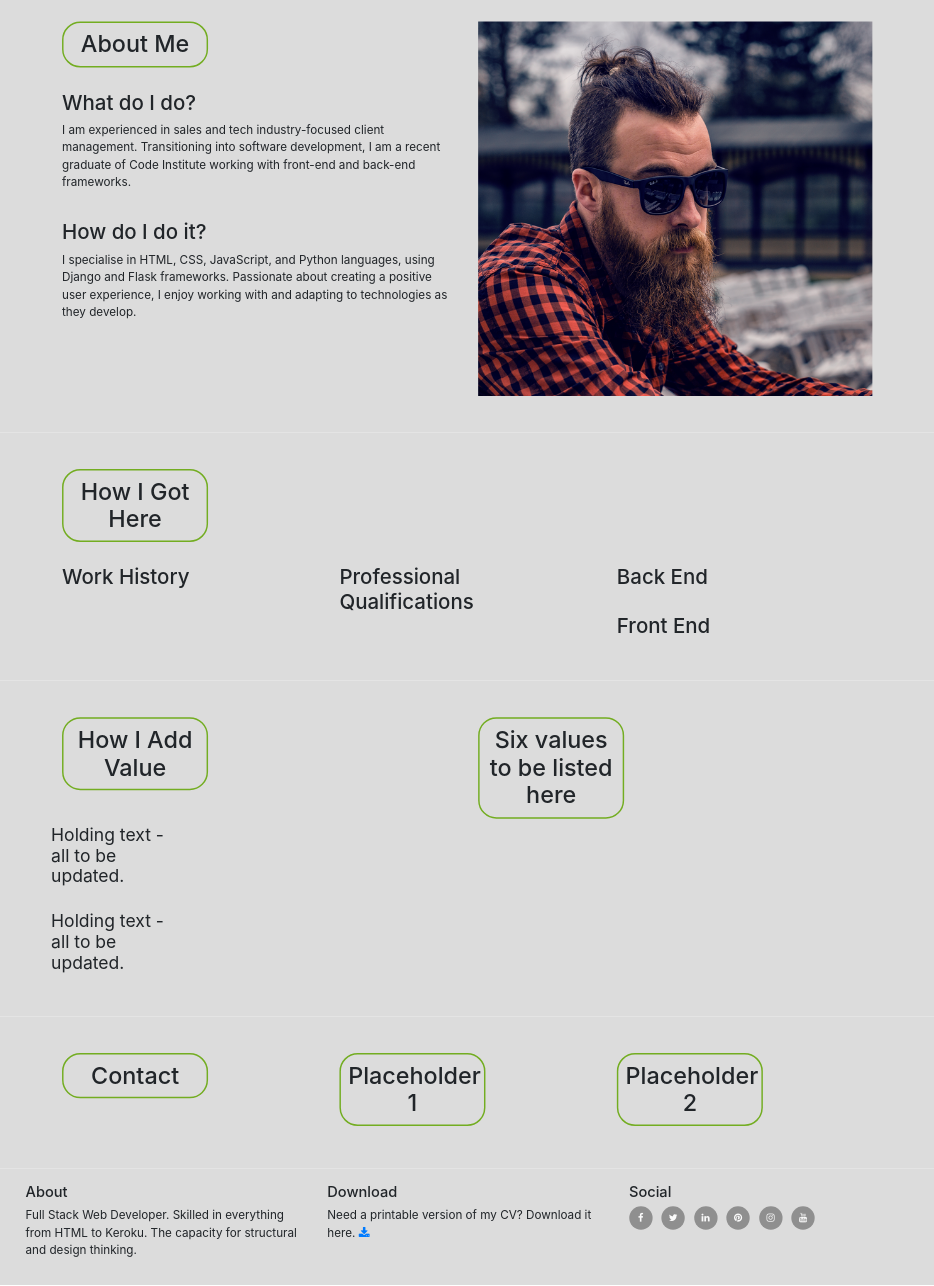
Repository: tenerim/first-milestone
Page: index.html
The author's editor kept a record of every edit. The page is drawn from the files as they stood at one moment, then again after the next edit.
The browser window is 1280 px wide. The pictures show the part of the page from y = 1257 to 3018 px (the page is 3018 px tall), at 73% of full size.
A picture or video elsewhere on the page could not be fetched, so the positions and the page height are approximate.

Above is the page before.

After the next edit:
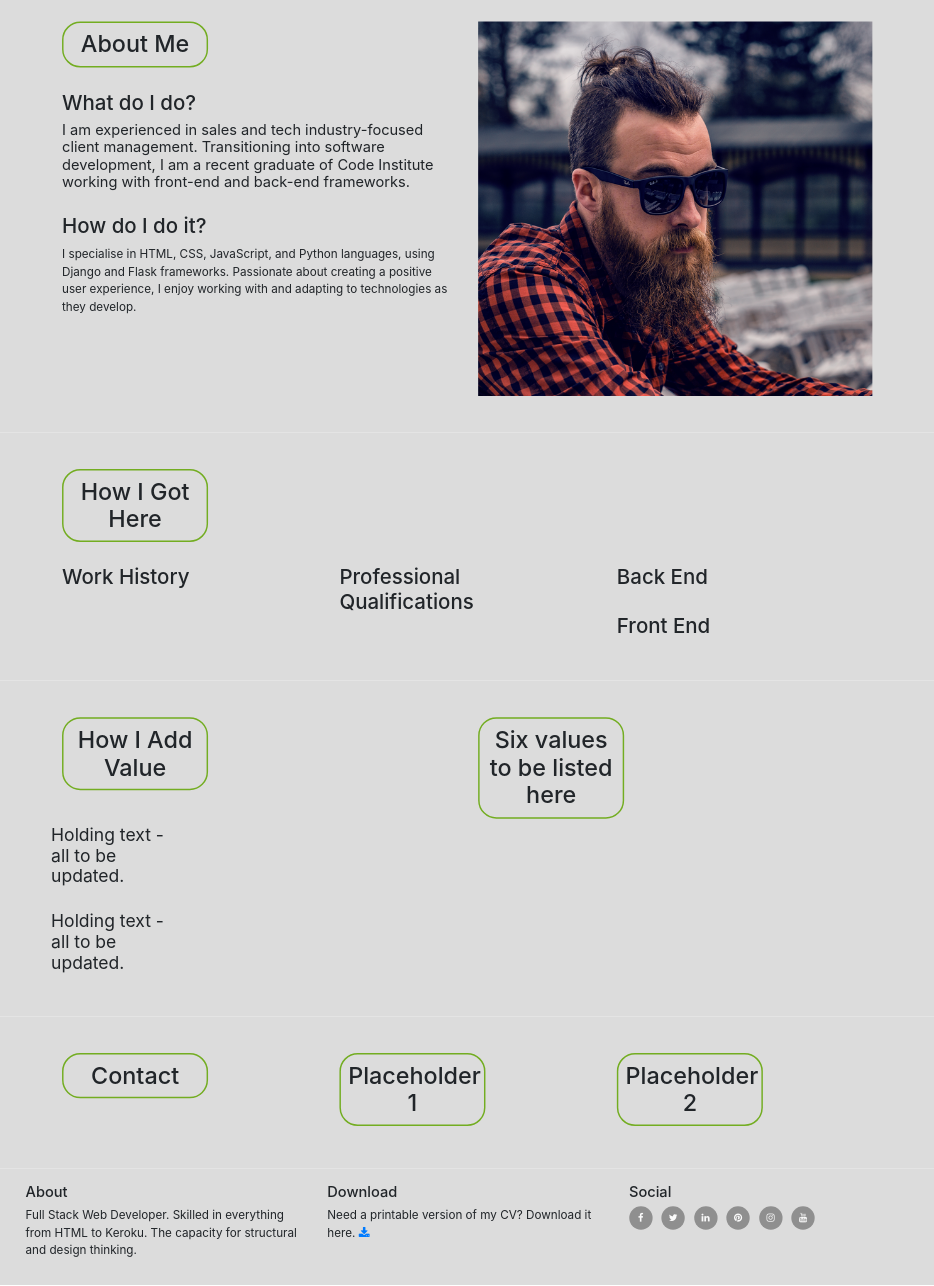
The edit:
--- a/index.html
+++ b/index.html
@@ -74,7 +74,7 @@
                     <h2 class="headbox">About Me</h2>
                     <br />
                     <h3>What do I do?</h3>
-                    <p>I am experienced in sales and tech industry-focused client management. Transitioning into software development, I am a recent graduate of Code Institute working with front-end and back-end frameworks.</p>
+                    <h5 class="font-weight-normal">I am experienced in sales and tech industry-focused client management. Transitioning into software development, I am a recent graduate of Code Institute working with front-end and back-end frameworks.</h5>
                     <br />
                     <h3>How do I do it?</h3>
                     <p>I specialise in HTML, CSS, JavaScript, and Python languages, using Django and Flask frameworks. Passionate about creating a positive user experience, I enjoy working with and adapting to technologies as they develop. </p>
